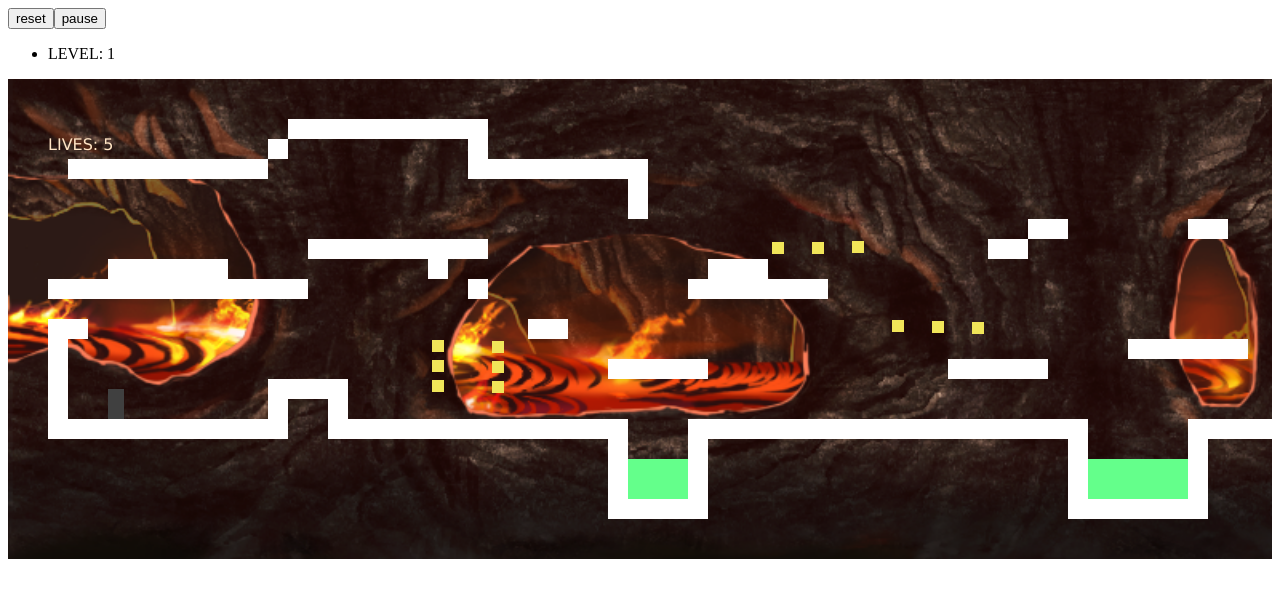
Repository: luccas-teddy/examenlucas
Page: index.html
An editor plug-in stored every save of this project. The page is shown before and after the next save, followed by the edit.
The browser window is 1280 px wide. The pictures show the whole page.

Above is the page before, as saved 2021-02-18 02:27:50.

After the next save:
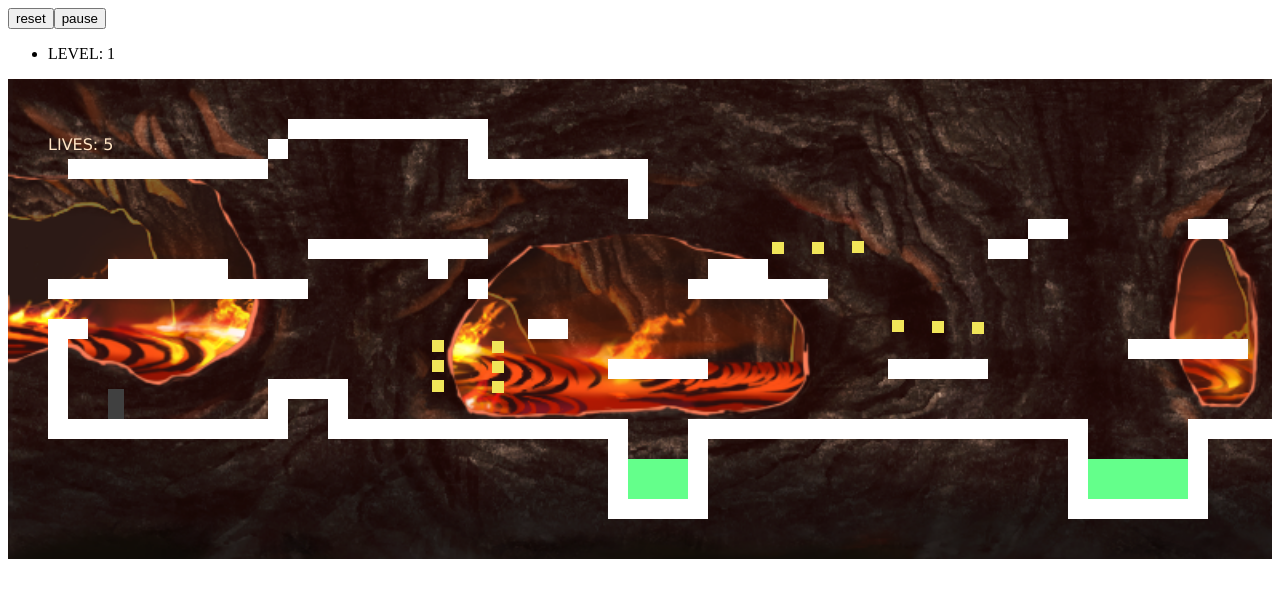
Saved 61 s later.
--- a/code/levels.js
+++ b/code/levels.js
@@ -13,7 +13,7 @@ var GAME_LEVELS = [`
 ............................................................................##..
 ..##......................##................o.o.o............................#..
 ..#..................o..o...............................######.............#....
-..#..................o..o.....#####............#####.....................o.#....
+..#..................o..o.....#####.........#####.....................o.#.......
 ..#..........####....o..o....................................................#..
 ..#..@.......#..#................................................#####.......#..
 ..############..###############...####################.....#######...#########..
